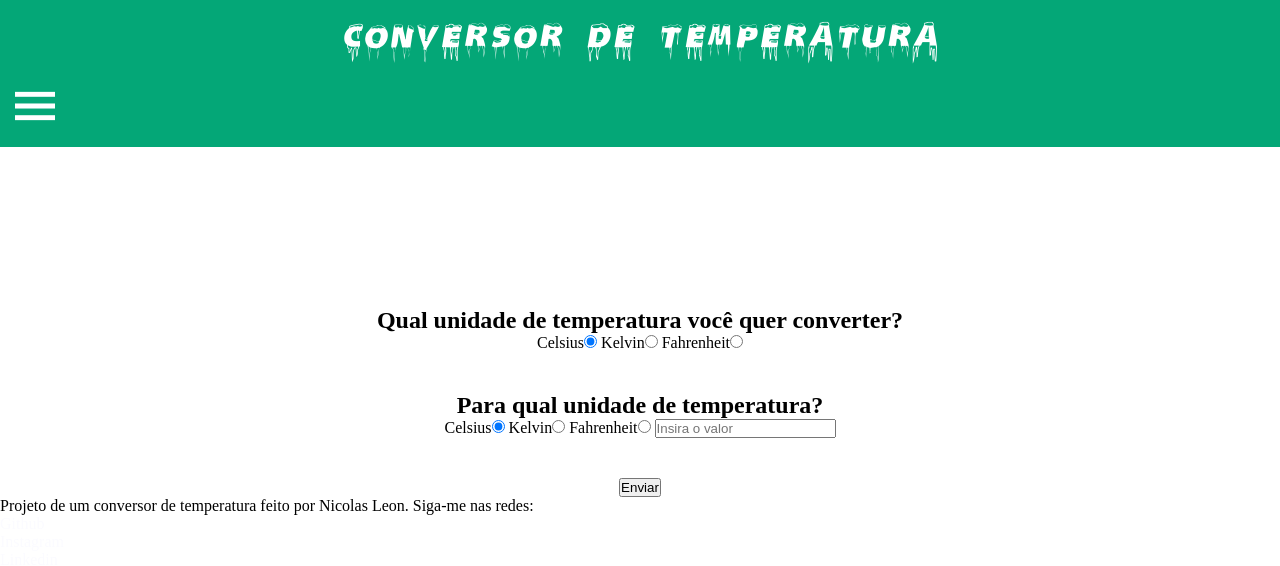
Repository: Leonngc/Conversor-de-temperatura
Page: index.html
The author's editor kept a copy of each file at every save. The page is drawn from the files as they stood at one save, then again after a run of saves.
The browser window is 1280 px wide. The pictures show the whole page.
Some web libraries are served in a nearby version.

Above is the page before, as saved 2023-02-10 23:18:59.

### index.html
<!DOCTYPE html>
<html lang="pt-br">
<head>
    <meta charset="UTF-8">
    <meta http-equiv="X-UA-Compatible" content="IE=edge">
    <meta name="viewport" content="width=device-width, initial-scale=1.0">
    <link rel='stylesheet' href='https://cdn-uicons.flaticon.com/uicons-bold-straight/css/uicons-bold-straight.css'>
    <link rel="stylesheet" href="style.css">
    <title>Conversor de temperatura</title>
</head>
<body>
    <header>
        <h1>Conversor de Temperatura</h1>
        <button id="menu-button"><i class="fi fi-bs-menu-burger"></i></button>

        <menu>
            <ul id="links-menu">
                <li><a href="">Sobre a página</a></li>
                <li><a href="">História</a></li>
                <li><a href="">Outros Projetos</a></li>
            </ul>
        </menu>
    </header>

    <main>
       <form>
        <h2>Qual unidade de temperatura você quer converter?</h2>
        <label for="celsius">Celsius</label><input type="radio" name="unidade" id="celsius" checked>
        <label for="kelvin">Kelvin</label><input type="radio" name="unidade" id="kelvin">
        <label for="fahrenheit">Fahrenheit</label><input type="radio" name="unidade" id="fahrenheit">
        <br>
       </form>
       <form>
        <h2>Para qual unidade de temperatura?</h2>
        <label for="cel-res">Celsius</label><input type="radio" name="unidade" id="celsius" checked>
        <label for="kelvin">Kelvin</label><input type="radio" name="unidade" id="kel-res">
        <label for="fahrenheit">Fahrenheit</label><input type="radio" name="unidade" id="fah-res">
        <input type="number" name="graus" id="graus" placeholder="Insira o valor">
       </form>
       <button id="submit">Enviar</button>
    </main>

    <footer>
        <p>Projeto de um conversor de temperatura feito por Nicolas Leon. Siga-me nas redes: </p>
        <ul>
            <li><a href="">Github</a></li>
            <li><a href="">Instagram</a></li>
            <li><a href="">Linkedin</a></li>
        </ul>
    </footer>
</body>
</html>

### style.css
@charset "UTF-8";
@import url('https://fonts.googleapis.com/css2?family= Dosis:wght@300 & display = swap');
@font-face {
    font-family: Title;
    src: url(fonts/IceCaps.ttf);
}

:root{
    --yellow: #F7FF58;
    --snow: #FBFBFF;
    --blackout: #040F16;
    --dosis: 'Dosis', sans-serif;
    --contrail:'Contrail One', cursive;
}

*{
    margin: 0;
    padding: 0;
    box-sizing: border-box;
}

header{
    background-color: #04A777;
    margin-bottom: 160px;
    max-width: 100vw;
    color: white;
}

header > h1{
    font-family: Title, sans-serif;
    font-weight: lighter;
    text-align: center;
    font-size: 45px;
    padding: 22px;
}

menu{
    background-color: #05C78D;
    padding: 20px;
    max-width: 100vw;
    display: none;
}

menu > ul{
    margin-left: 20px;
    font-size: 20px;
    font-family: var(--dosis);
    font-weight: bold;
    color: white;
}

menu > ul > li{
    padding: 5px;
}

li > a{
    text-decoration: none;
    color: #FBFBFF;
}

li > a:hover{
    color: #03583e;
    text-decoration: underline;
}

#menu-button{
    background-color: #03583e00;
    border: none;
    color: white;
    font-size: 40px;
    margin-left: 15px;
    margin-bottom: 12px;
}

main{
    text-align: center;
}

form{
    margin: 40px;
}

After the next 3 saves:
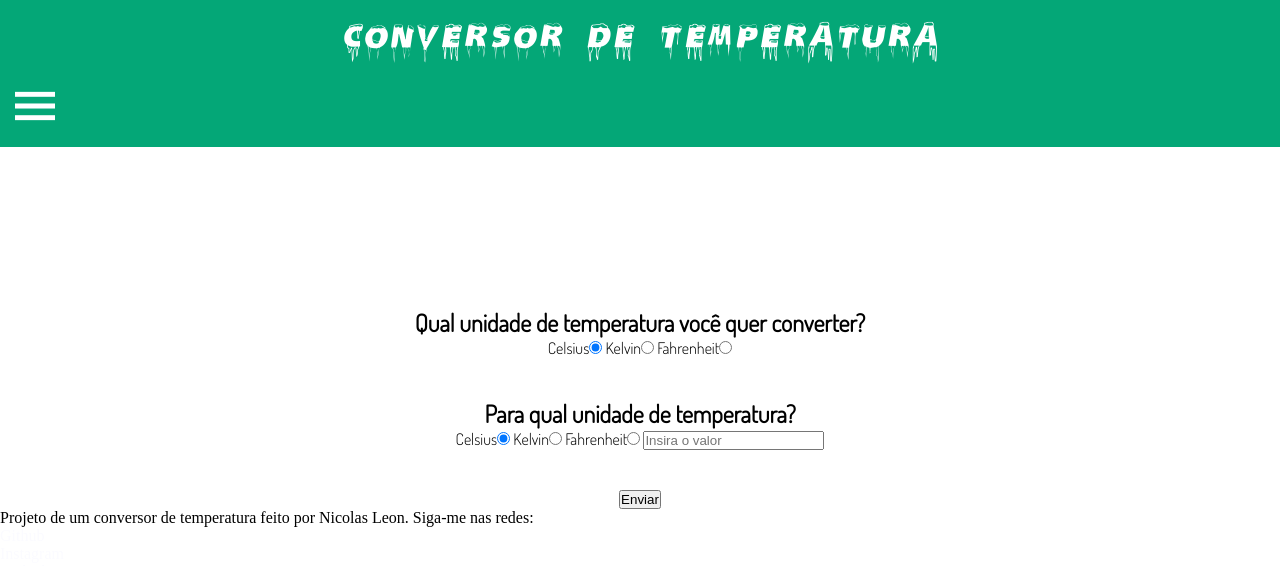
The 3 saves are shown as one change because they came seconds apart.
The last was saved 7 s later.
--- a/style.css
+++ b/style.css
@@ -78,4 +78,5 @@ main{
 
 form{
     margin: 40px;
+    font-family: var(--dosis);
 }
